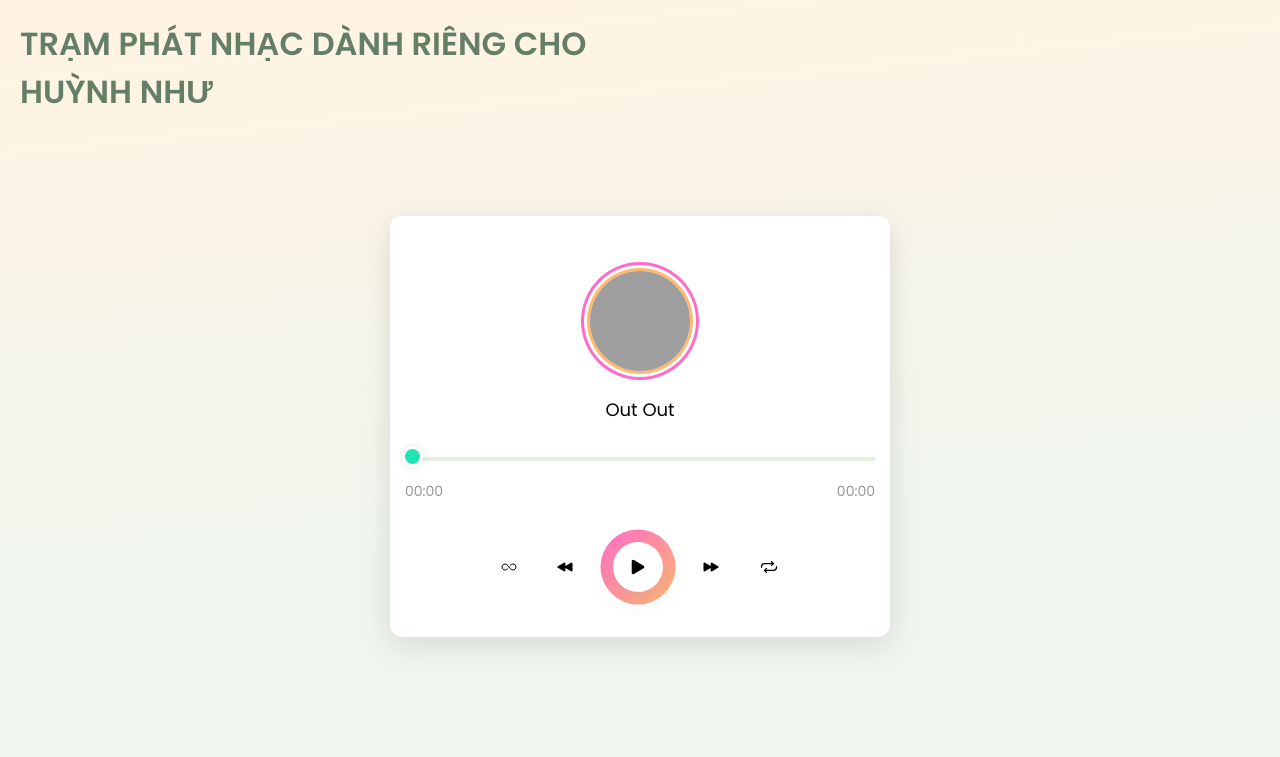
Repository: VuTuanAnh0949/Mp3
Page: index.html
These files come from the project's save history. The page is drawn as it stood at one moment and after the next save; the edit follows.
The browser window is 1280 px wide. The pictures show the whole page.
Pictures or frames that could not be fetched are drawn as grey boxes.

Above is the page before, as saved 2022-09-25 14:59:58.

After the next save:
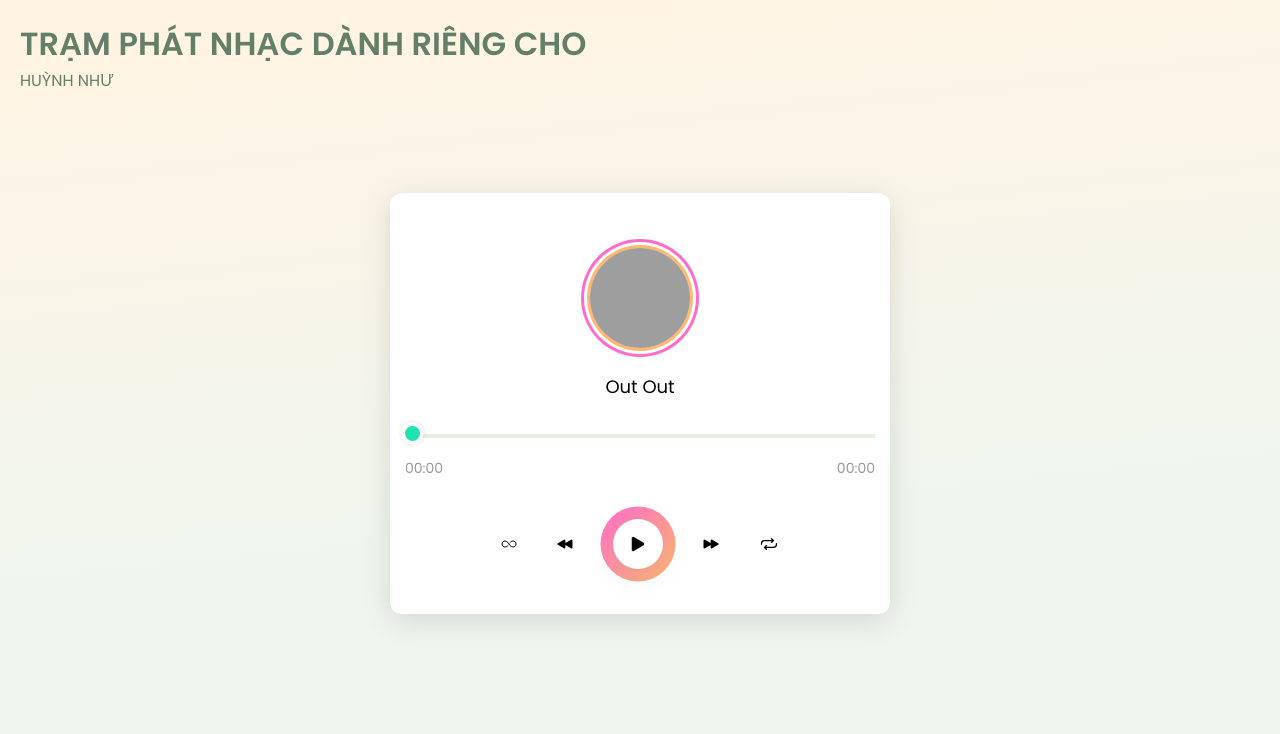
Saved 8 s later.
--- a/index.html
+++ b/index.html
@@ -17,7 +17,7 @@
 <body>
     <div class="title">
         <h1>TRẠM PHÁT NHẠC DÀNH RIÊNG CHO </h1>
-        <h1>HUỲNH NHƯ</h1>
+        <span>HUỲNH NHƯ</span>
     </div>
     <div class="music">
         <div class="music-thumb">

After the save that followed:
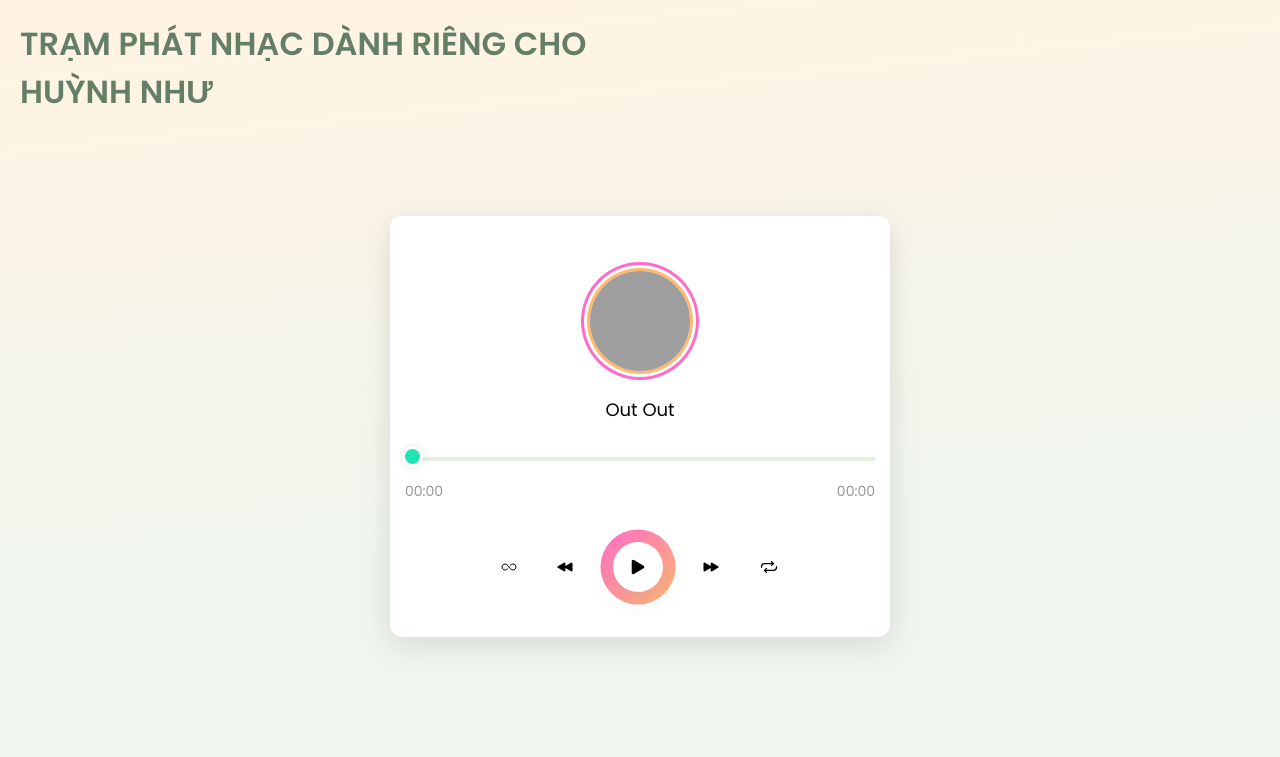
Saved 5 s later.
--- a/index.html
+++ b/index.html
@@ -17,7 +17,7 @@
 <body>
     <div class="title">
         <h1>TRẠM PHÁT NHẠC DÀNH RIÊNG CHO </h1>
-        <span>HUỲNH NHƯ</span>
+        <h1>HUỲNH NHƯ</h1>
     </div>
     <div class="music">
         <div class="music-thumb">
